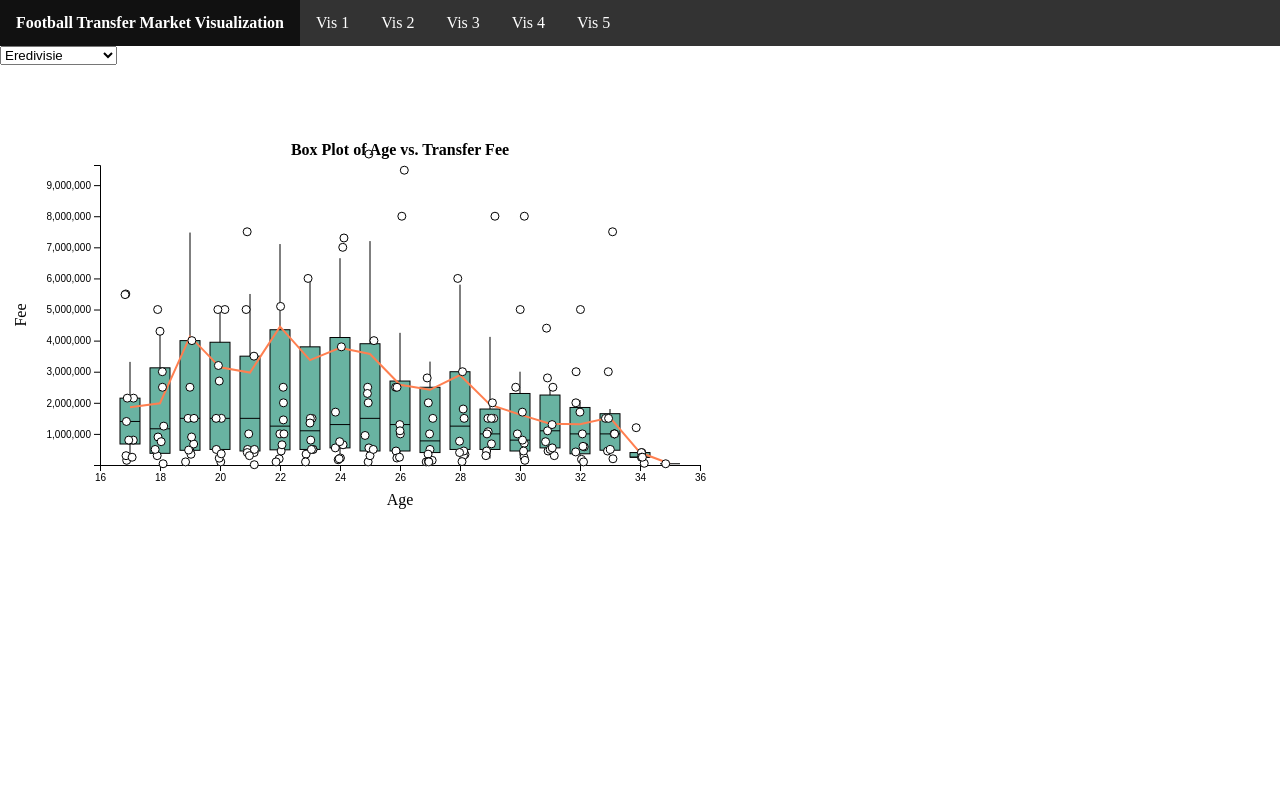
Repository: cedricshan/Football-Transfer-Market-Visualization
Page: dashboard/BoxPlot.html
An editor plug-in stored every save of this project. The page is shown before and after the next save, followed by the edit.
The browser window is 1280 px wide. The pictures show the whole page.

Above is the page before, as saved 2023-10-18 22:15:03.

After the next save:
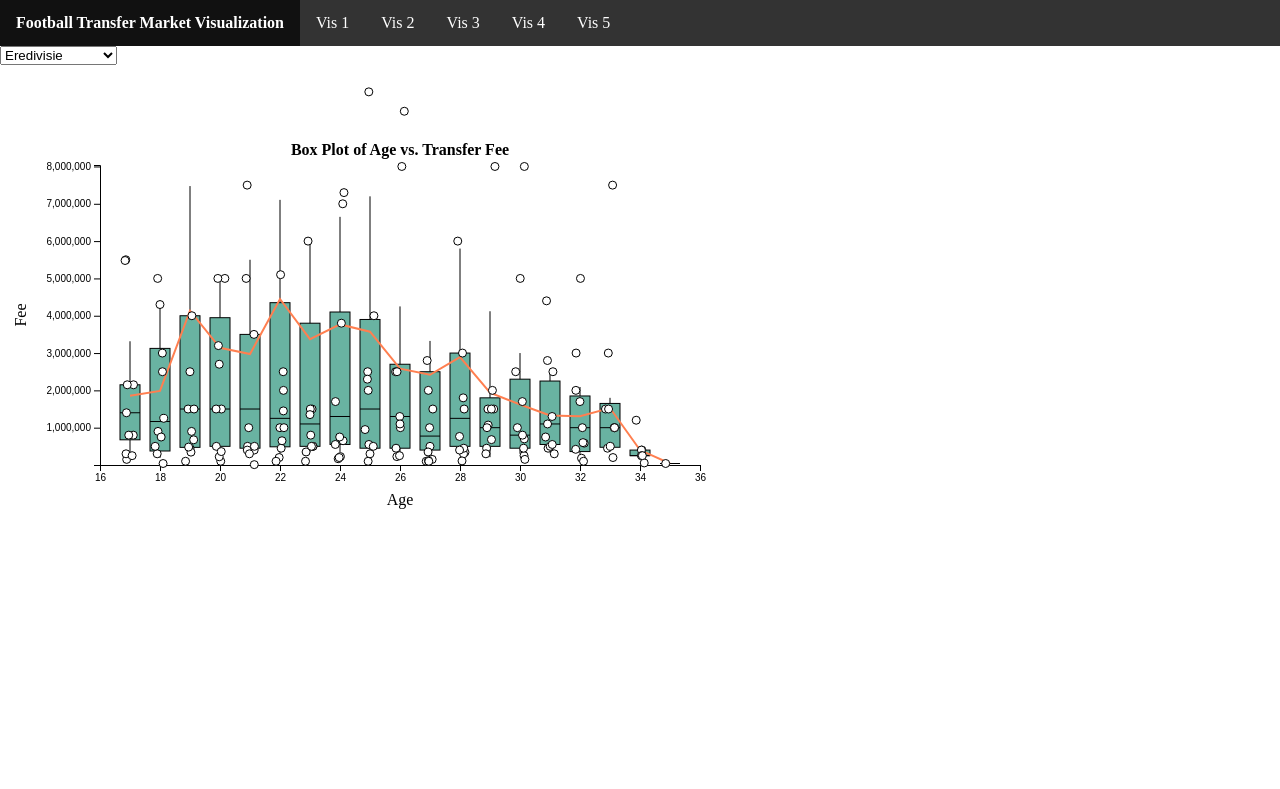
Saved 5 min 33 s later.
--- a/dashboard/BoxPlot.js
+++ b/dashboard/BoxPlot.js
@@ -86,7 +86,7 @@ function loadAndVisualizeData(filename) {
             .range([0, width]);
 
         const y = d3.scaleLinear()
-            .domain([d3.min(processedData, d => d.Fee), d3.mean(processedData, d => d.Fee)*3])
+            .domain([d3.min(processedData, d => d.Fee), d3.mean(processedData, d => d.Fee)*2.5])
             .range([height, 0]);
 
 
